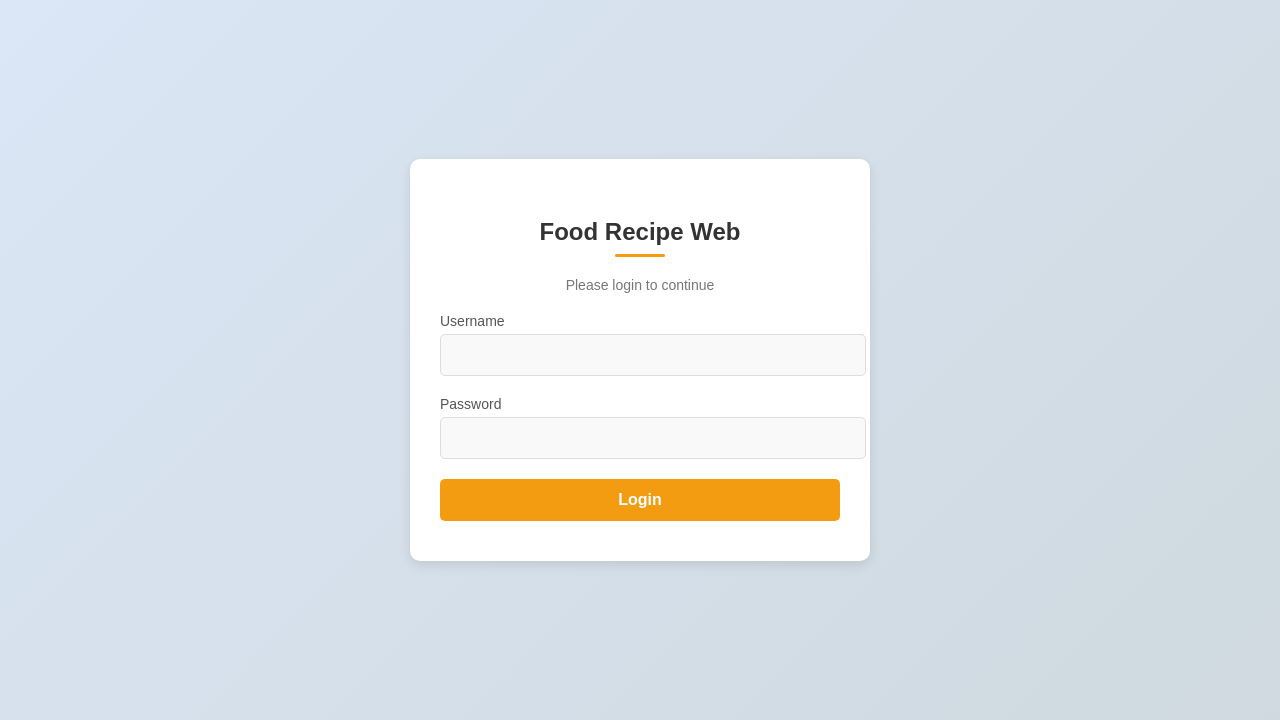
Repository: VIJAYkollu-7568/rakhi
Page: project1/src/main/webapp/login.html
These files come from the project's save history. The page is drawn as it stood at one moment and after the next save; the edit follows.
The browser window is 1280 px wide. The pictures show the whole page.

Above is the page before, as saved 2024-11-07 07:07:00.

### project1/src/main/webapp/login.html
<!DOCTYPE html>
<html lang="en">
<head>
<meta charset="UTF-8">
<meta name="viewport" content="width=device-width, initial-scale=1.0">
<title>Login Form</title>
<style>
/* General styling for the body with gradient background */
body {
    display: flex;
    justify-content: center;
    align-items: center;
    min-height: 100vh;
    margin: 0;
    font-family: Arial, sans-serif;
    background: linear-gradient(135deg, #dbe6f6, #cfd9df);
}

/* Styling the login card */
.login-card {
    background-color: #ffffff;
    padding: 40px 30px;
    border-radius: 10px;
    box-shadow: 0px 4px 12px rgba(0, 0, 0, 0.1);
    max-width: 400px;
    width: 100%;
    text-align: center;
    transition: transform 0.2s ease-in-out;
}

.login-card:hover {
    transform: scale(1.02);
}

/* Title styling with decorative underline */
.login-card h2 {
    font-size: 24px;
    color: #333;
    margin-bottom: 10px;
    position: relative;
}

.login-card h2::after {
    content: "";
    display: block;
    width: 50px;
    height: 3px;
    background-color: #f39c12;
    margin: 8px auto 20px auto;
    border-radius: 5px;
}

/* Subheading styling */
.login-card p {
    color: #777;
    font-size: 14px;
    margin-bottom: 20px;
}

/* Label styling */
.login-card label {
    display: block;
    font-size: 14px;
    color: #555;
    text-align: left;
    margin-bottom: 5px;
}

/* Input styling */
.login-card input[type="text"],
.login-card input[type="password"] {
    width: 100%;
    padding: 12px;
    margin-bottom: 20px;
    border: 1px solid #ddd;
    border-radius: 5px;
    font-size: 14px;
    color: #333;
    background-color: #f9f9f9;
}

/* Input focus styling */
.login-card input[type="text"]:focus,
.login-card input[type="password"]:focus {
    border-color: #f39c12;
    outline: none;
}

/* Button styling */
.login-card button {
    width: 100%;
    padding: 12px;
    background-color: #f39c12;
    color: #fff;
    border: none;
    border-radius: 5px;
    font-size: 16px;
    font-weight: bold;
    cursor: pointer;
    transition: background-color 0.3s;
}

.login-card button:hover {
    background-color: #e67e22;
}

</style>
</head>
<body>

<div class="login-card">
    <h2>Food Recipe Web</h2>
    <p>Please login to continue</p>
    <form method="post" action="dashboard.html">
        <label for="username">Username</label>
        <input type="text" id="username" name="username" required>

        <label for="password">Password</label>
        <input type="password" id="password" name="password" required>

        <button type="submit">Login</button>
    </form>
</div>

</body>
</html>

After the next save:
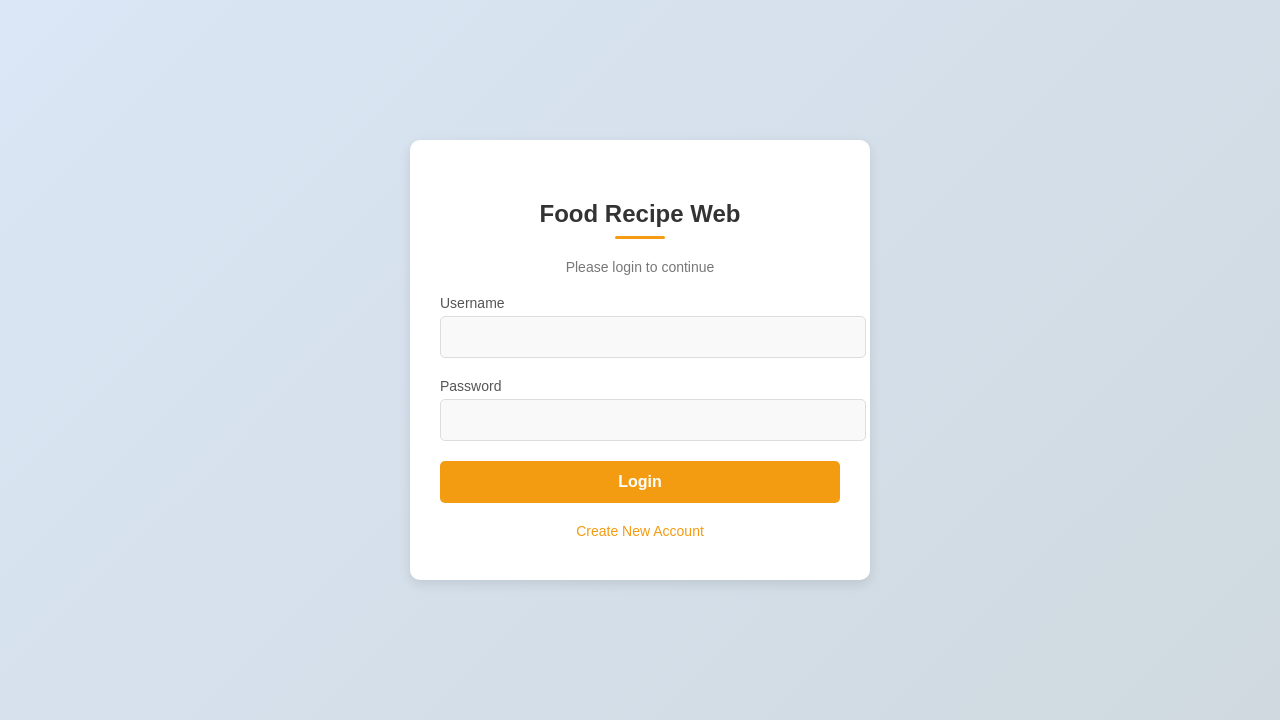
Saved 95 s later.
--- a/project1/src/main/webapp/login.html
+++ b/project1/src/main/webapp/login.html
@@ -104,6 +104,20 @@ body {
     background-color: #e67e22;
 }
 
+/* Styling for "Create New Account" link */
+.login-card .signup-link {
+    display: inline-block;
+    margin-top: 20px;
+    font-size: 14px;
+    color: #f39c12;
+    text-decoration: none;
+    transition: color 0.3s;
+}
+
+.login-card .signup-link:hover {
+    color: #e67e22;
+}
+
 </style>
 </head>
 <body>
@@ -120,6 +134,9 @@ body {
 
         <button type="submit">Login</button>
     </form>
+
+    <!-- Sign up link for new users -->
+    <a href="signup.html" class="signup-link">Create New Account</a>
 </div>
 
 </body>
